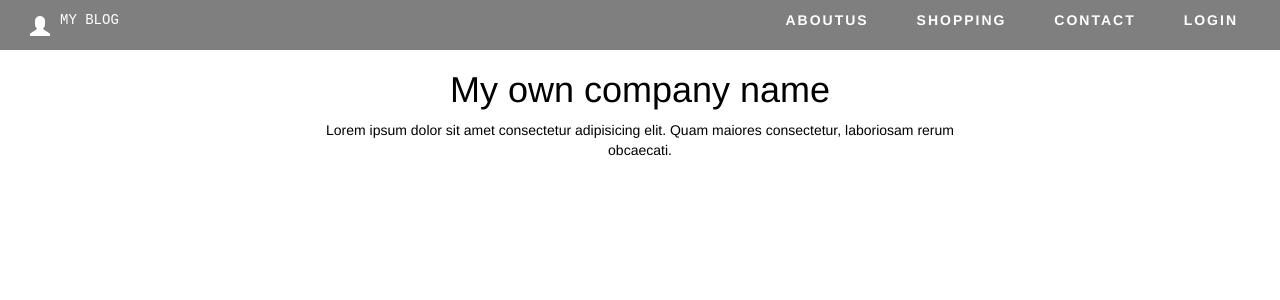
Repository: alikahwaji/HTML-CSS
Page: index.html
An editor plug-in stored every save of this project. The page is shown before and after the next save, followed by the edit.
The browser window is 1280 px wide. The pictures show the whole page.

Above is the page before, as saved 2019-10-07 14:19:56.

After the next save:
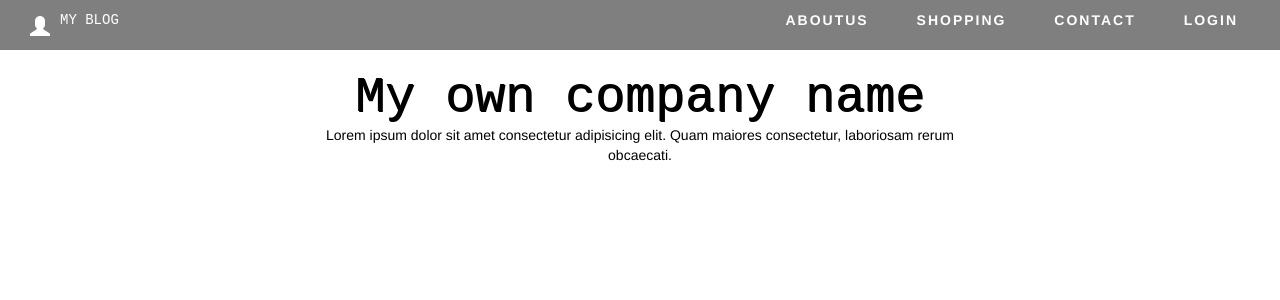
Saved 2 min 50 s later.
--- a/style.css
+++ b/style.css
@@ -50,3 +50,10 @@ nav li a:hover{
   width: 50vw;
   margin: 0 auto;
 }
+
+.titles h1 {
+  font-family: 'Courier New', Courier, monospace;
+  font-size: 5rem;
+  margin-bottom: 0;
+  text-shadow: 1px 1px 0 black;
+}
